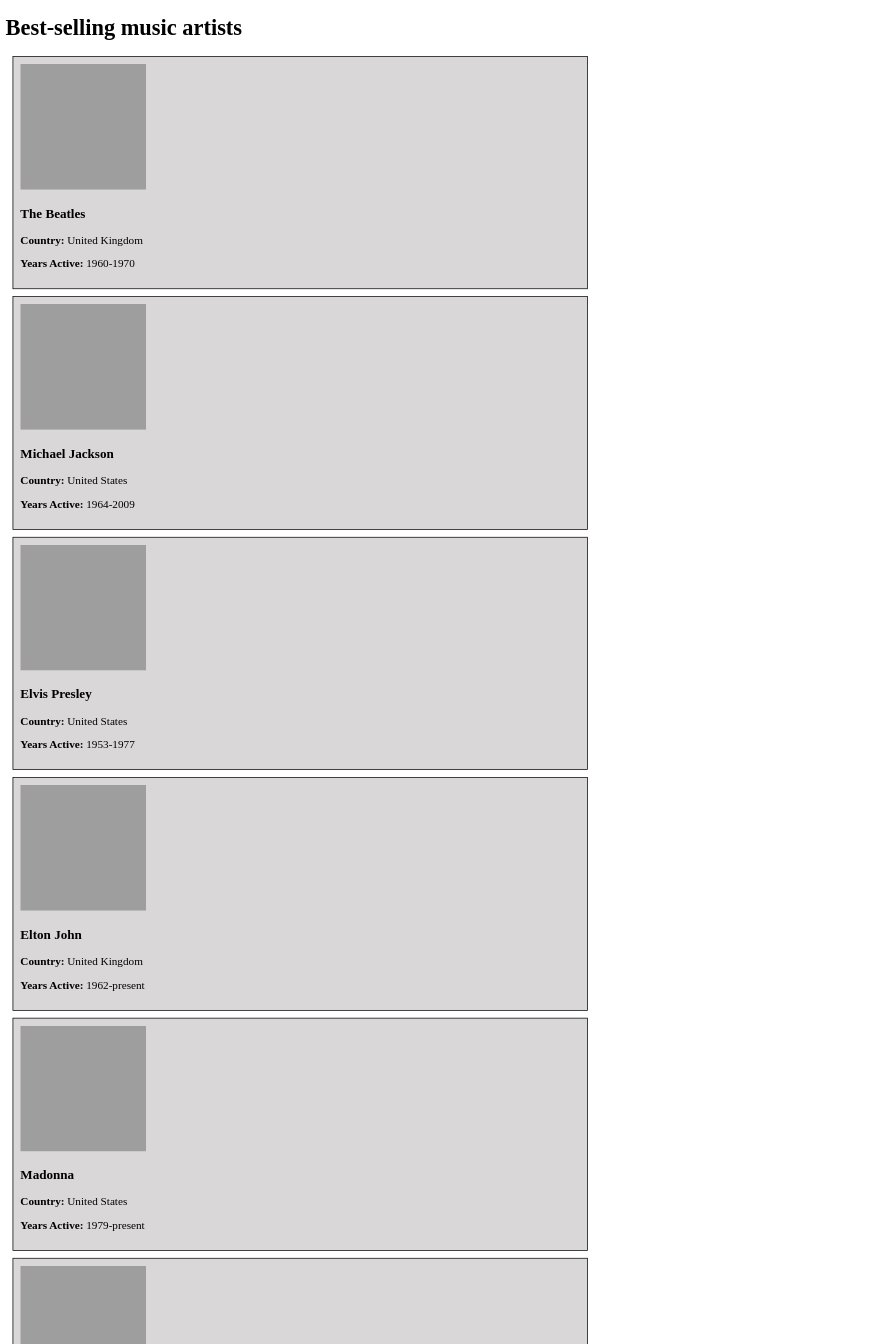
Repository: GavinPahal/Lab2
Page: /
An editor plug-in stored every save of this project. The page is shown before and after the next save, followed by the edit.
The browser window is 1280 px wide. The pictures show the part of the page from y = 0 to 1920 px (the page is 3514 px tall), at 70% of full size.
Pictures or frames that could not be fetched are drawn as grey boxes. The project was rebuilt for these pictures with package versions that can differ from the ones it lists, and the page was loaded fresh each time. Also part of the build but not shown: vite.config.js.

Above is the page before, as saved 2024-09-23 11:59:44.

After the next save:
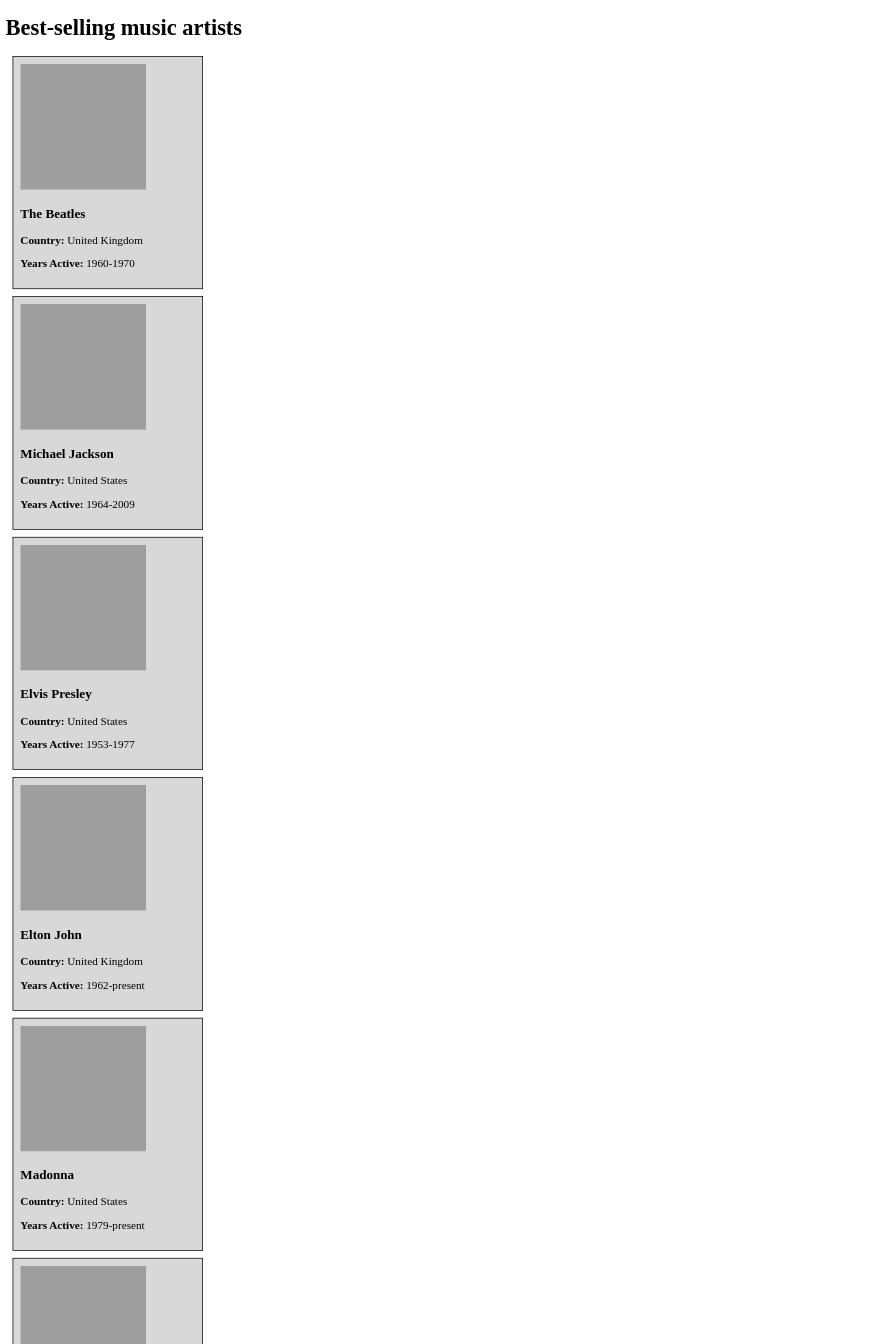
Saved 10 s later.
--- a/src/App.css
+++ b/src/App.css
@@ -7,7 +7,7 @@
   background: rgb(217, 215, 215);
   padding: 10px;
   margin: 10px;
-  width: 800px;
+  width: 250px;
 }
 
 

After the save that followed:
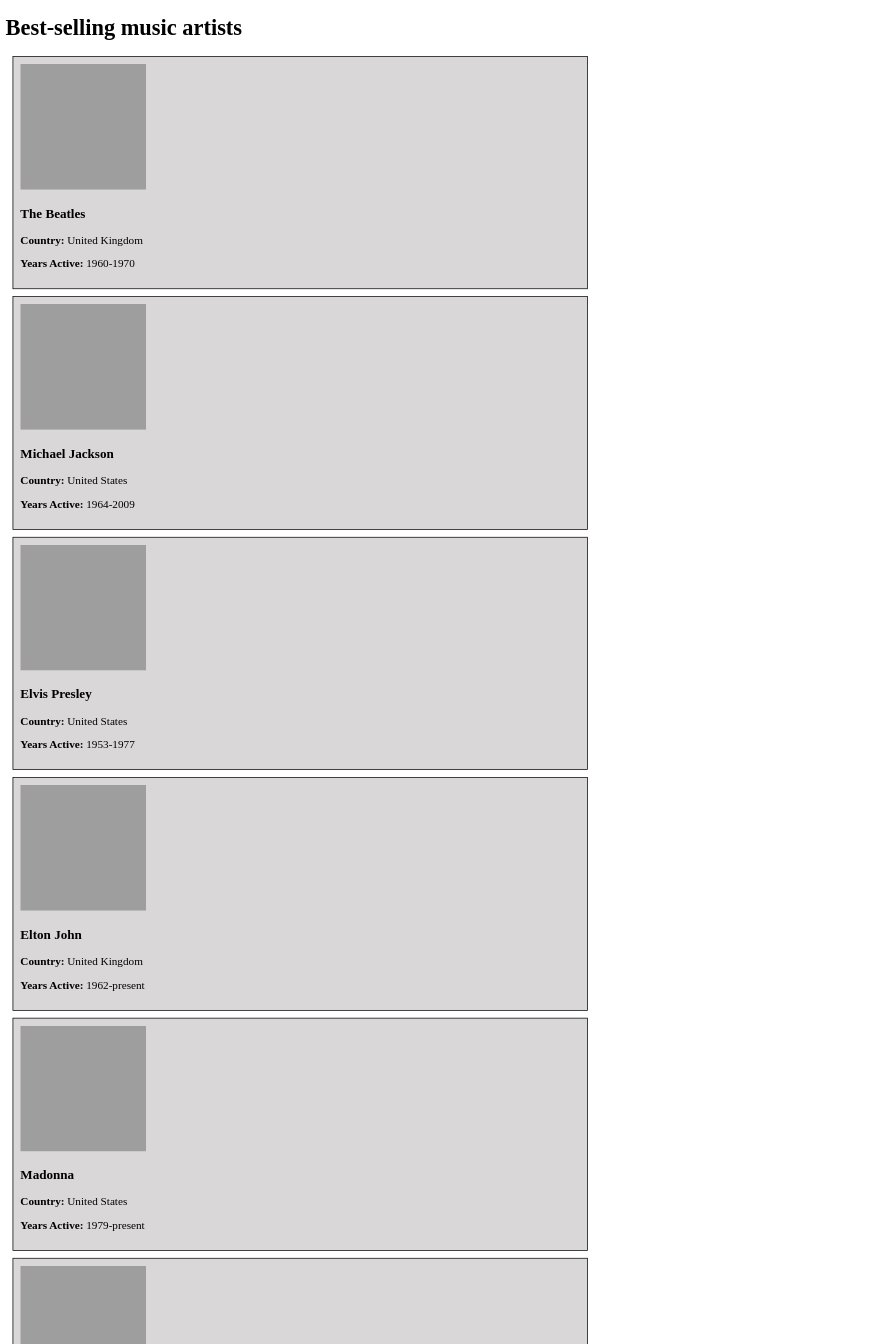
Saved 4 s later.
--- a/src/App.css
+++ b/src/App.css
@@ -7,7 +7,7 @@
   background: rgb(217, 215, 215);
   padding: 10px;
   margin: 10px;
-  width: 250px;
+  width: 800px;
 }
 
 
